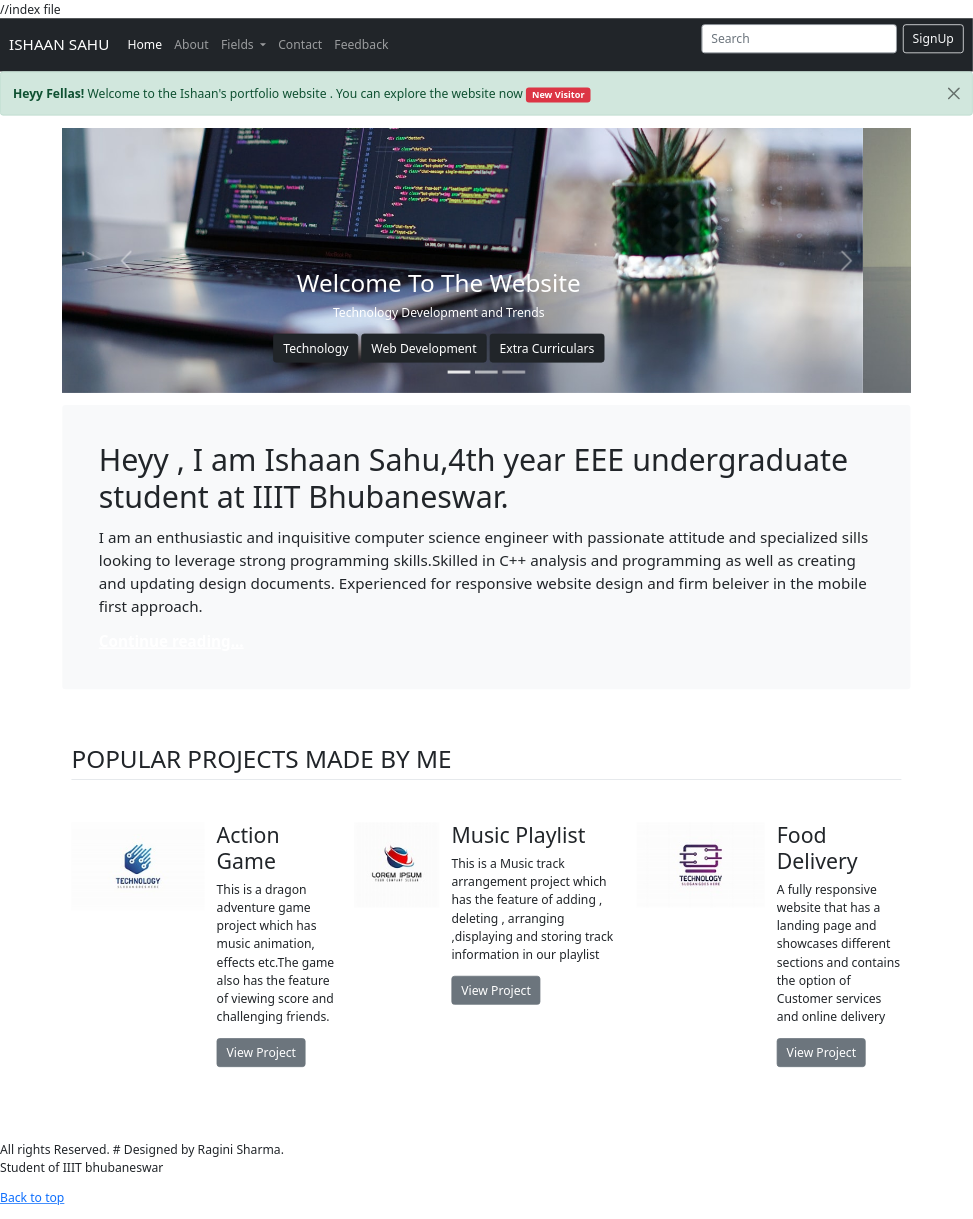
Repository: ishaan51551/Ishaan-s-Portfolio-
Page: index.html
An editor plug-in stored every save of this project. The page is shown before and after a run of saves, followed by the edit.
The browser window is 1280 px wide. The pictures show the whole page, at 76% of full size.

Above is the page before, as saved 2023-09-13 01:21:21.

After the next 3 saves:
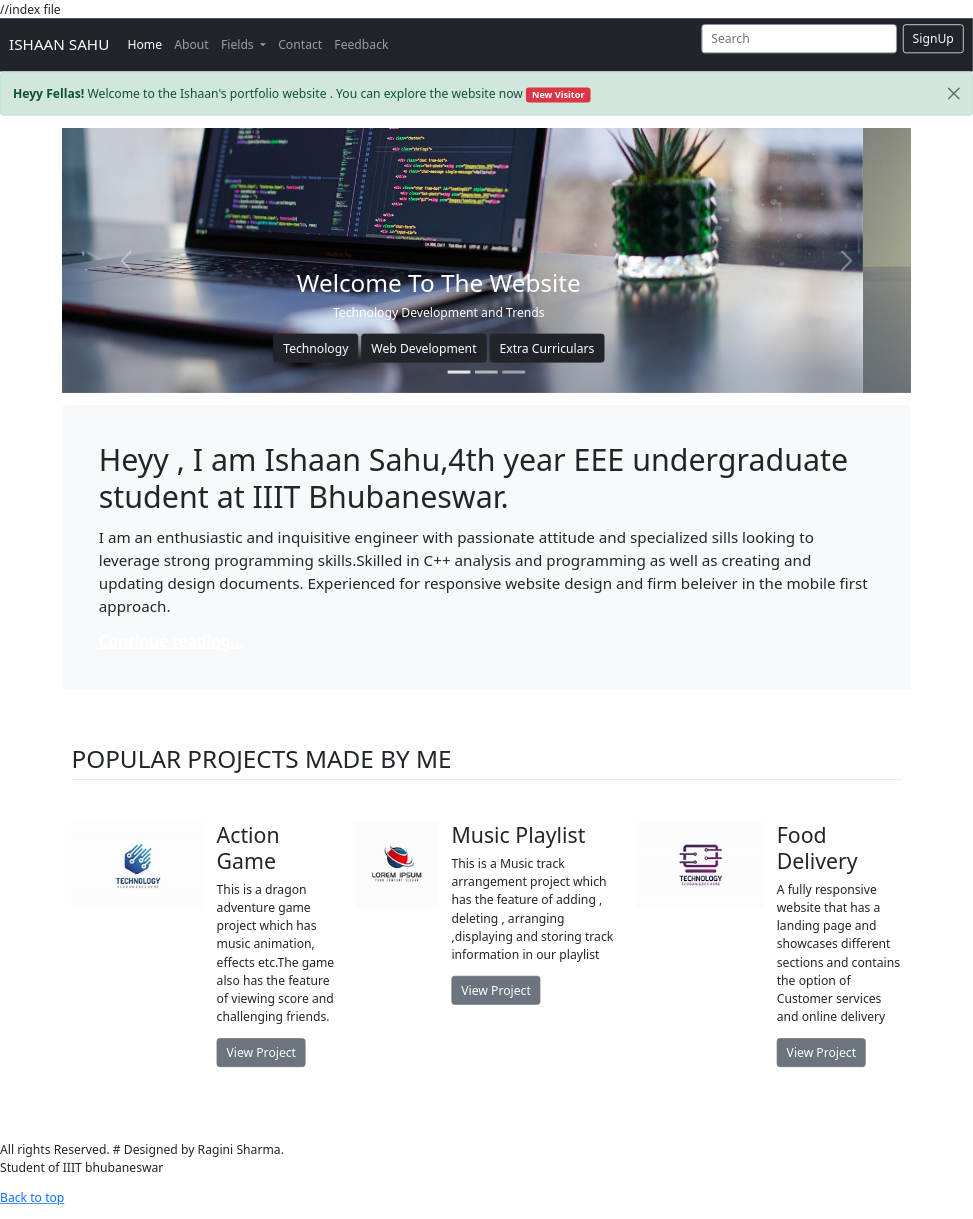
The 3 saves are shown as one change because they came seconds apart.
The last was saved 35 s later.
--- a/index.html
+++ b/index.html
@@ -152,7 +152,7 @@
         <div class="p-4 p-md-5 mb-4 text-dark rounded bg-light">
             <div class="col-md-0 px-0">
               <h1 class="display-8 ">Heyy , I am Ishaan Sahu,4th year EEE undergraduate student at IIIT Bhubaneswar.</h1>
-              <p class="lead my-3">I am an enthusiastic and inquisitive computer science engineer with passionate attitude and specialized sills looking to leverage strong programming skills.Skilled in C++ analysis and programming as well as creating and updating design documents. Experienced for responsive website design and firm beleiver in the mobile first approach.</p>
+              <p class="lead my-3">I am an enthusiastic and inquisitive engineer with passionate attitude and specialized sills looking to leverage strong programming skills.Skilled in C++ analysis and programming as well as creating and updating design documents. Experienced for responsive website design and firm beleiver in the mobile first approach.</p>
               <p class="lead mb-0"><a href="#" class="text-white fw-bold">Continue reading...</a></p>
             </div>
           </div>
